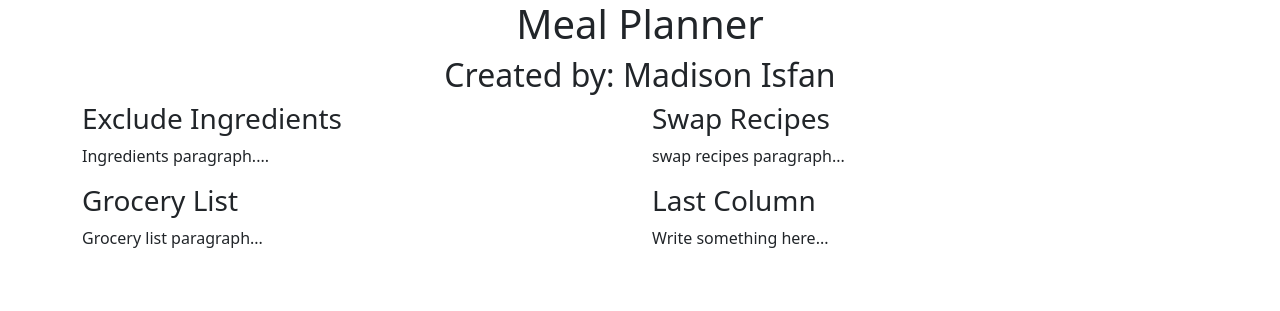
Repository: madisonisfan/Meal-Planner
Page: index.html
These files come from the project's save history. The page is drawn as it stood at one moment and after the next save; the edit follows.
The browser window is 1280 px wide. The pictures show the whole page.
Some web libraries are served in a nearby version.

Above is the page before, as saved 2021-02-17 16:24:10.

After the next save:
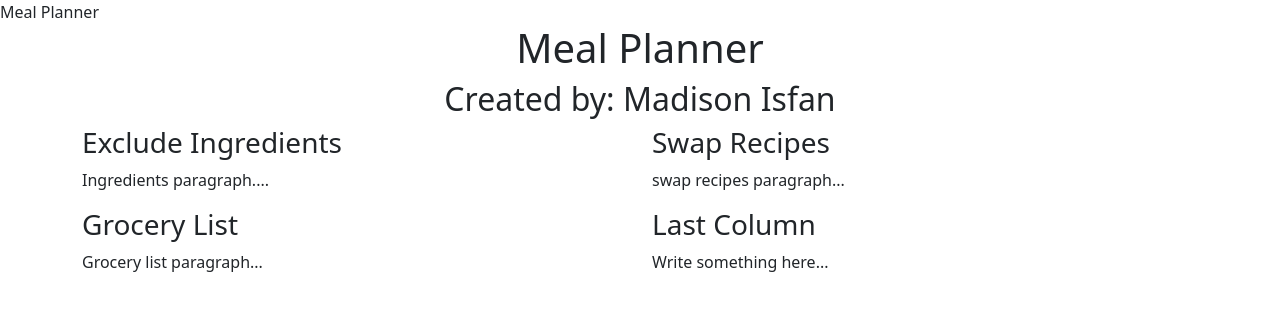
Saved 40 s later.
--- a/index.html
+++ b/index.html
@@ -5,6 +5,8 @@
     <meta name="viewport" content="width=device-width, initial-scale=1"/>
 
     <link rel="stylesheet" href="node_modules/bootstrap/dist/css/bootstrap.min.css" />
+
+    <link rel="stylsheet"
     <title> Meal Planner </title>
 </head>
 

After the save that followed:
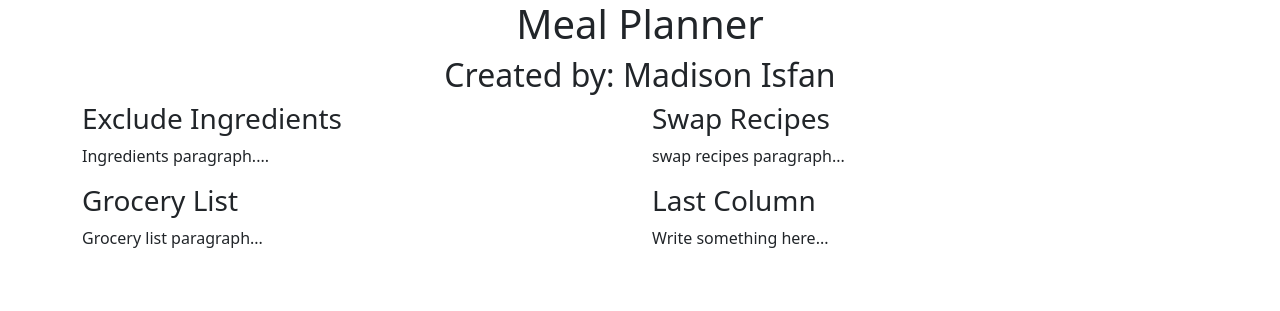
Saved 33 s later.
--- a/index.html
+++ b/index.html
@@ -6,7 +6,7 @@
 
     <link rel="stylesheet" href="node_modules/bootstrap/dist/css/bootstrap.min.css" />
 
-    <link rel="stylsheet"
+    <link rel="stylesheet" href="css/styles.css"/>
     <title> Meal Planner </title>
 </head>
 
